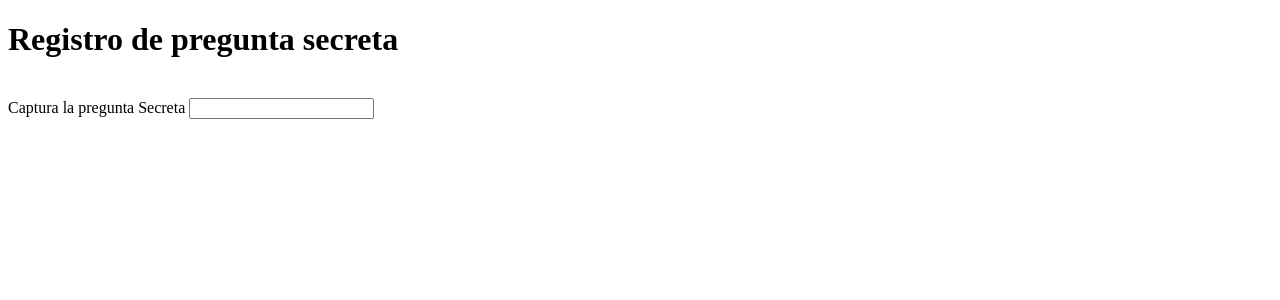
Repository: rusperstinsky/web1
Page: http://localhost/2-JSPServlets/jsp/registroPregunta.jsp
These files come from the project's save history. The page is drawn as it stood at one moment and after the next save; the edit follows.
The browser window is 1280 px wide. The pictures show the whole page.
The page is served by Tomcat 9.

Above is the page before, as saved 2017-04-11 16:18:36.

After the next save:
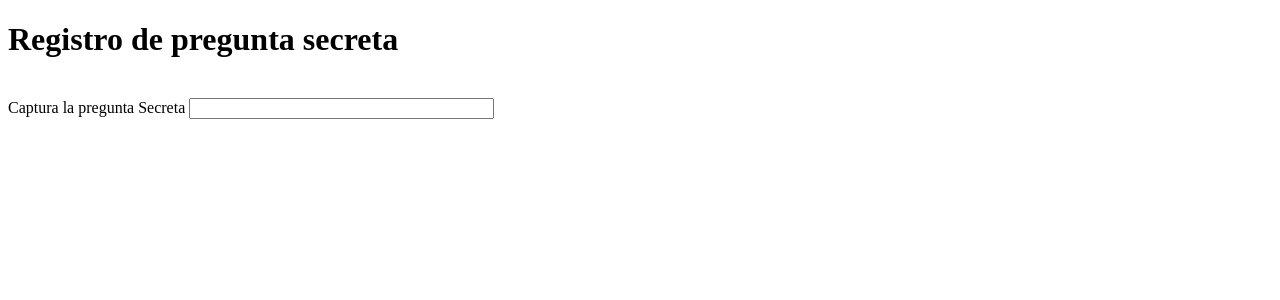
Saved 9 s later.
--- a/2-JSPServlets/WebContent/jsp/registroPregunta.jsp
+++ b/2-JSPServlets/WebContent/jsp/registroPregunta.jsp
@@ -11,7 +11,7 @@
 	<br/>
 	<form>
 		Captura la pregunta Secreta
-		<input type="text" name="pregunta">
+		<input type="text" name="pregunta" size="35" />
 	</form>
 </body>
 </html>
